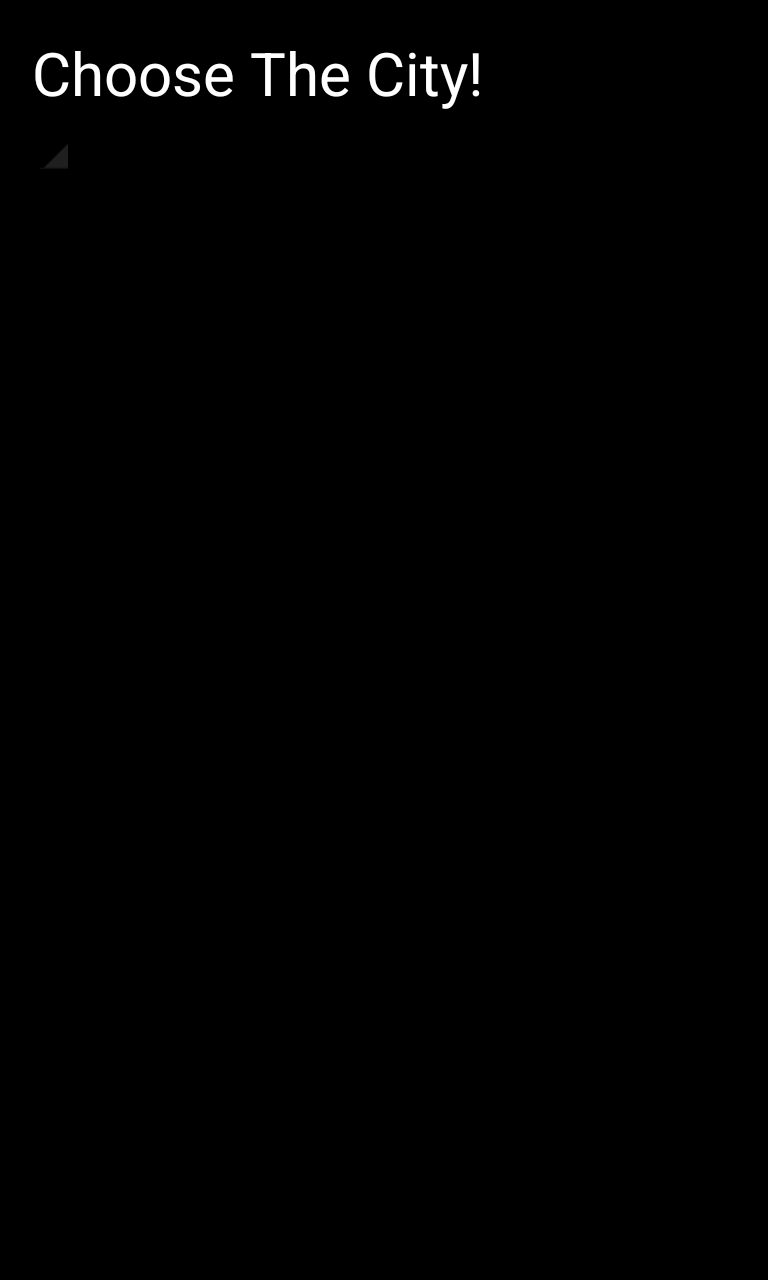
Repository: FreeGeng/2014NCU-Algorithm
Layout: Android_lookForCoffee/res/layout/look_for_coffee_gui.xml
An editor plug-in stored every save of this project. The layout is shown before and after the next save, followed by the edit.
It is drawn on a 768 x 1280 px phone screen (xhdpi) without system bars, with theme AppTheme; the app's code is not run.

Above is the layout before, as saved 2014-12-03 11:34:27.

### Android_lookForCoffee/res/layout/look_for_coffee_gui.xml
<LinearLayout xmlns:android="http://schemas.android.com/apk/res/android"
    xmlns:tools="http://schemas.android.com/tools"
    android:id="@+id/LinearLayout1"
    android:layout_width="match_parent"
    android:layout_height="match_parent"
    android:background="@color/black"
    android:orientation="vertical"
    android:paddingBottom="@dimen/activity_vertical_margin"
    android:paddingLeft="@dimen/activity_horizontal_margin"
    android:paddingRight="@dimen/activity_horizontal_margin"
    android:paddingTop="@dimen/activity_vertical_margin"
    tools:context="com.example.android_lookforcoffee.LookForCoffee" >

   <TextView
        android:id="@+id/textView1"
        android:layout_width="287dp"
        android:layout_height="wrap_content"
        android:text="@string/homePageText1"
        android:textColor="#FFFFFF"
        android:textSize="30dp"/>

    <Spinner
        android:id="@+id/spinner1"
        android:layout_width="wrap_content"
        android:layout_height="wrap_content" />

</LinearLayout>

### Android_lookForCoffee/res/values/colors.xml
<?xml version="1.0" encoding="utf-8"?>
<resources>
    <color name="white">#FFFFFF</color>
    <color name="black">#000000</color>

</resources>

### Android_lookForCoffee/res/values/strings.xml
<?xml version="1.0" encoding="utf-8"?>
<resources>
    <string name="title">lookForCoffee</string>
    <string name="homePageText1">Choose The City!</string>
    <string name="homePageText2">Choose The District!</string>

</resources>

Loaded but not shown: Android_lookForCoffee/res/values/styles.xml (common file); Android_lookForCoffee/res/values-v11/styles.xml (common file); Android_lookForCoffee/res/values-v14/styles.xml (common file); Android_lookForCoffee/res/values/dimens.xml (common file); Android_lookForCoffee/res/values-w820dp/dimens.xml (common file)

After the next save:
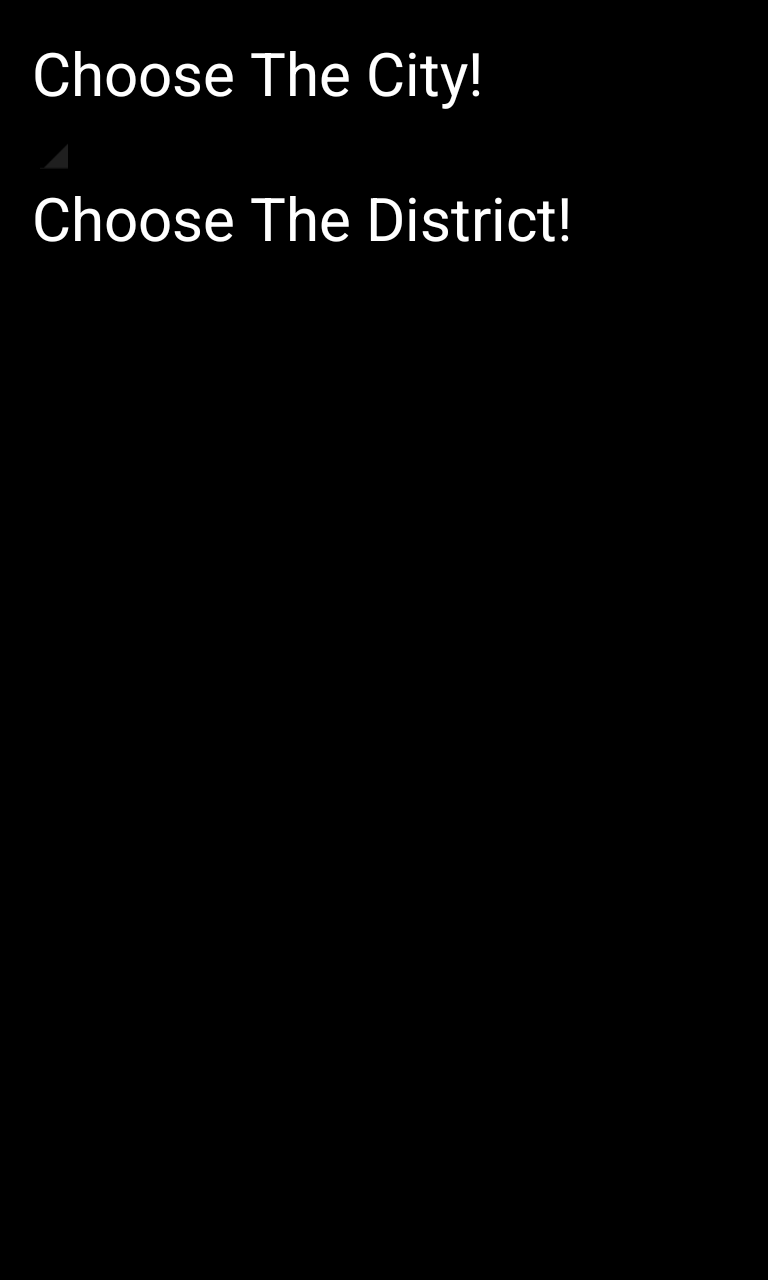
Saved 4 min 14 s later.
--- a/Android_lookForCoffee/res/layout/look_for_coffee_gui.xml
+++ b/Android_lookForCoffee/res/layout/look_for_coffee_gui.xml
@@ -24,4 +24,12 @@
         android:layout_width="wrap_content"
         android:layout_height="wrap_content" />
 
+    <TextView
+        android:id="@+id/textView2"
+        android:layout_width="287dp"
+        android:layout_height="wrap_content"
+        android:text="@string/homePageText2"
+        android:textColor="#FFFFFF"
+        android:textSize="30dp"/>
+
 </LinearLayout>
